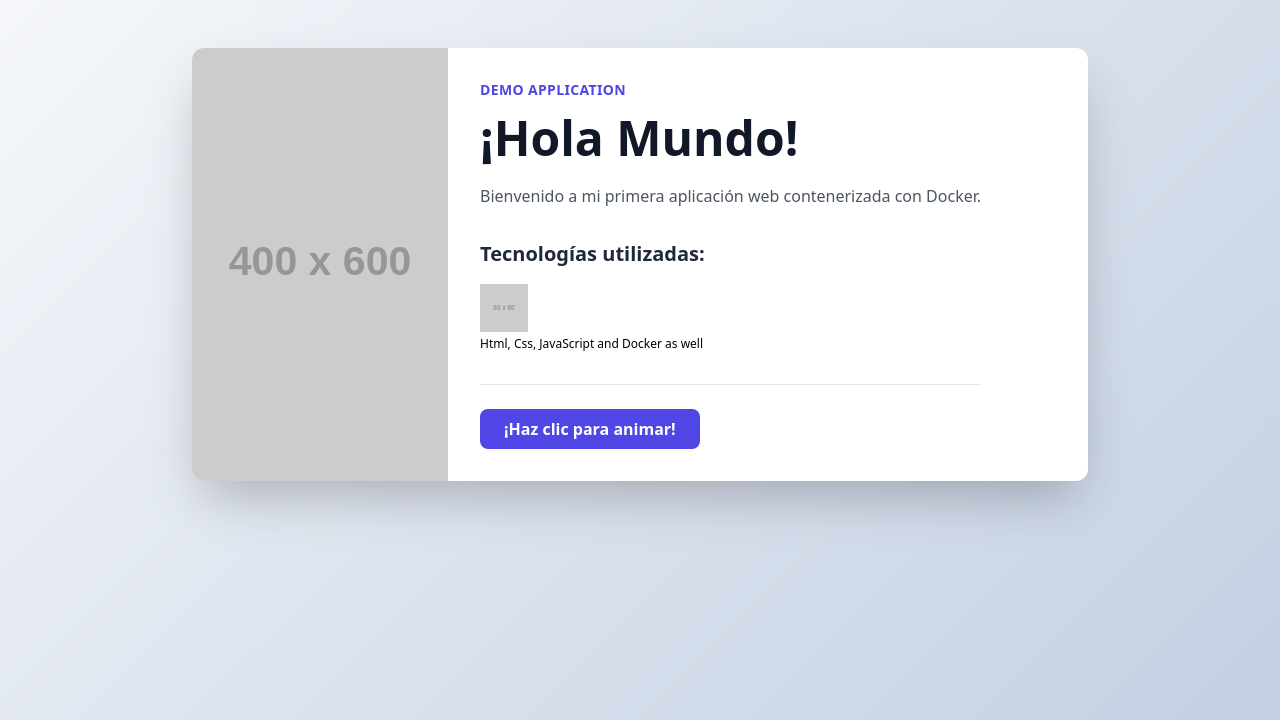
Repository: Deniz78y1966/s13electiva2
Page: index.html
The author's editor kept a copy of each file at every save. The page is drawn from the files as they stood at one save, then again after the next save.
The browser window is 1280 px wide. The pictures show the whole page.
Some web libraries are served in a nearby version.

Above is the page before, as saved 2025-08-19 22:37:20.

After the next save:
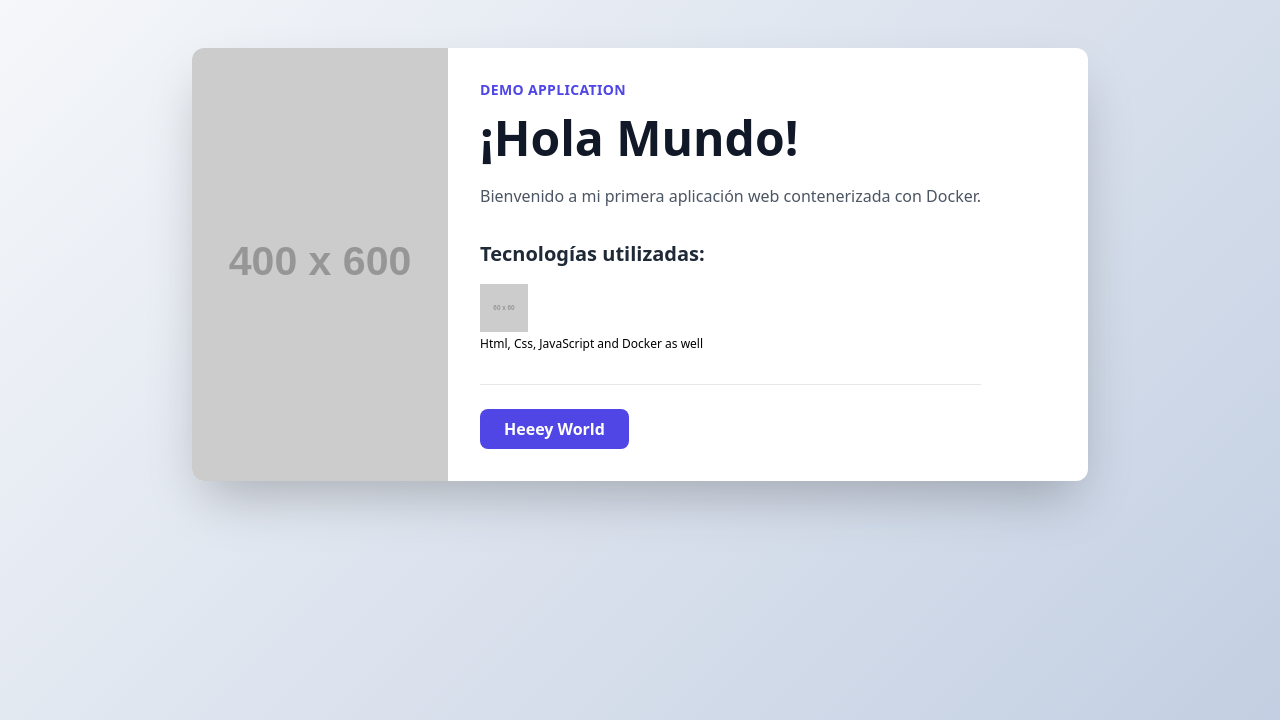
Saved 32 s later.
--- a/index.html
+++ b/index.html
@@ -45,7 +45,7 @@
 
                     <div class="mt-8 pt-6 border-t border-gray-200">
                         <button id="animateBtn" class="bg-indigo-600 hover:bg-indigo-700 text-white font-bold py-2 px-6 rounded-lg transition duration-300 transform hover:scale-105">
-                            ¡Haz clic para animar!
+                            Heeey World
                         </button>
                     </div>
                 </div>
